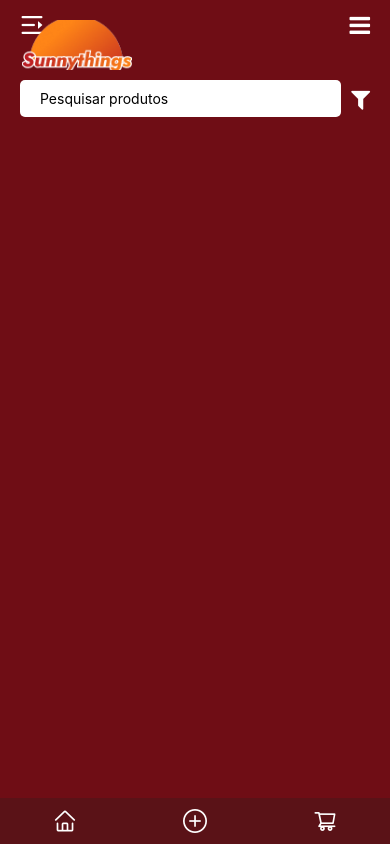
Repository: Luizzzin/SuperMercado
Screen: / (app in suny/)
An editor plug-in stored every save of this project. The screen is shown before and after the next save, followed by the edit.
The app was drawn by React Native's web renderer in a window 390 px wide. The project was rebuilt for these pictures with package versions that can differ from the ones it lists, and the page was loaded fresh each time.

Above is the screen before, as saved 2024-05-09 11:28:28.

### suny/App.js
import React from 'react';
import { NavigationContainer } from '@react-navigation/native';
import { createStackNavigator } from '@react-navigation/stack';
import Routes from './routes'; // Importe o componente Routes

const Stack = createStackNavigator();

const App = () => {
  return <Routes />;
}

export default App;

### suny/routes.js
import React from 'react';
import { NavigationContainer } from '@react-navigation/native';
import { createStackNavigator } from '@react-navigation/stack';
import HomeScreen from './HomeScreen'; // Importe o componente HomeScreen

const Stack = createStackNavigator();

const Routes = () => {
  return (
    <NavigationContainer>
      <HomeScreen />
    </NavigationContainer>
  );
}

export default Routes;

### suny/HomeScreen.js
import React from 'react';
import { View, Text, StyleSheet, TouchableOpacity, TextInput, Image, ScrollView } from 'react-native';
import { AntDesign, FontAwesome } from '@expo/vector-icons'; // Certifique-se de instalar o pacote expo-vector-icons

const HomeScreen = () => {
  return (
    <View style={styles.container}>
      {/* Header */}
      <View style={styles.header}>
        <TouchableOpacity onPress={() => console.log("Menu clicked")}>
          <AntDesign name="menu-fold" size={24} color="white" />
        </TouchableOpacity>
        <Image source={require('./path/to/your/logo.png')} style={styles.logo} />
        <TouchableOpacity onPress={() => console.log("Hamburger clicked")}>
          <FontAwesome name="bars" size={24} color="white" />
        </TouchableOpacity>
      </View>

      {/* Search Bar */}
      <View style={styles.searchBar}>
        <TextInput
          style={styles.input}
          placeholder="Pesquisar produtos"
        />
        <TouchableOpacity onPress={() => console.log("Filter clicked")}>
          <FontAwesome name="filter" size={24} color="white" />
        </TouchableOpacity>
      </View>

      {/* Category Carousel */}
      <ScrollView horizontal style={styles.carousel}>
        {/* Render your 7 category images here */}
      </ScrollView>

      {/* Product Cards */}
      <ScrollView style={styles.productContainer}>
        {/* Render your product cards here */}
      </ScrollView>

      {/* Tab Bar */}
      <View style={styles.tabBar}>
        <TouchableOpacity onPress={() => console.log("Home clicked")} style={styles.tabItem}>
          <AntDesign name="home" size={24} color="white" />
        </TouchableOpacity>
        <TouchableOpacity onPress={() => console.log("Add clicked")} style={styles.tabItem}>
          <AntDesign name="pluscircleo" size={24} color="white" />
        </TouchableOpacity>
        <TouchableOpacity onPress={() => console.log("Cart clicked")} style={styles.tabItem}>
          <AntDesign name="shoppingcart" size={24} color="white" />
        </TouchableOpacity>
      </View>
    </View>
  );
}

const styles = StyleSheet.create({
  container: {
    flex: 1,
    backgroundColor: '#6F0D15',
  },
  header: {
    flexDirection: 'row',
    justifyContent: 'space-between',
    alignItems: 'center',
    paddingHorizontal: 20,
    paddingTop: 0,
  },
  logo: {
    width: 110,
    height: 50,
    right: 120,
    top: 20,
  },
  searchBar: {
    flexDirection: 'row',
    alignItems: 'center',
    paddingHorizontal: 20,
    marginTop: 30,
  },
  input: {
    flex: 1,
    backgroundColor: 'white',
    borderRadius: 5,
    paddingVertical: 10,
    paddingHorizontal: 20,
    marginRight: 10,
  },
  carousel: {
    marginTop: 20,
    paddingHorizontal: 20,
    marginBottom: 20,
  },
  productContainer: {
    paddingHorizontal: 20,
  },
  tabBar: {
    flexDirection: 'row',
    justifyContent: 'space-around',
    backgroundColor: '#5A1217',
    paddingVertical: 10,
  },
  tabItem: {
    flex: 1,
    alignItems: 'center',
  },
});

export default HomeScreen;

After the next save:
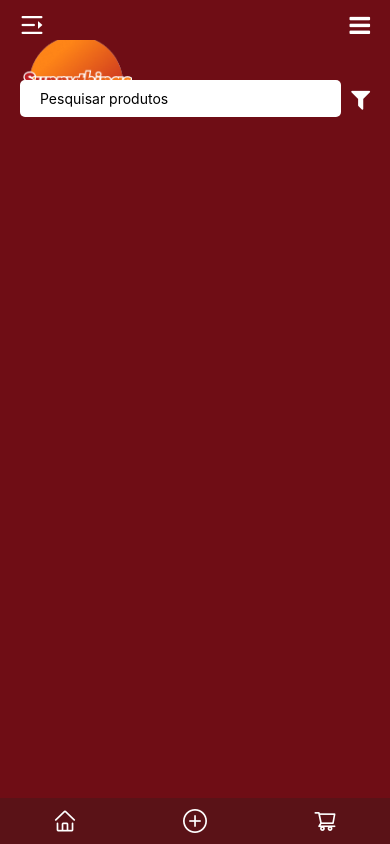
Saved 11 s later.
--- a/suny/HomeScreen.js
+++ b/suny/HomeScreen.js
@@ -69,7 +69,7 @@
     width: 110,
     height: 50,
     right: 120,
-    top: 20,
+    top: 40,
   },
   searchBar: {
     flexDirection: 'row',
